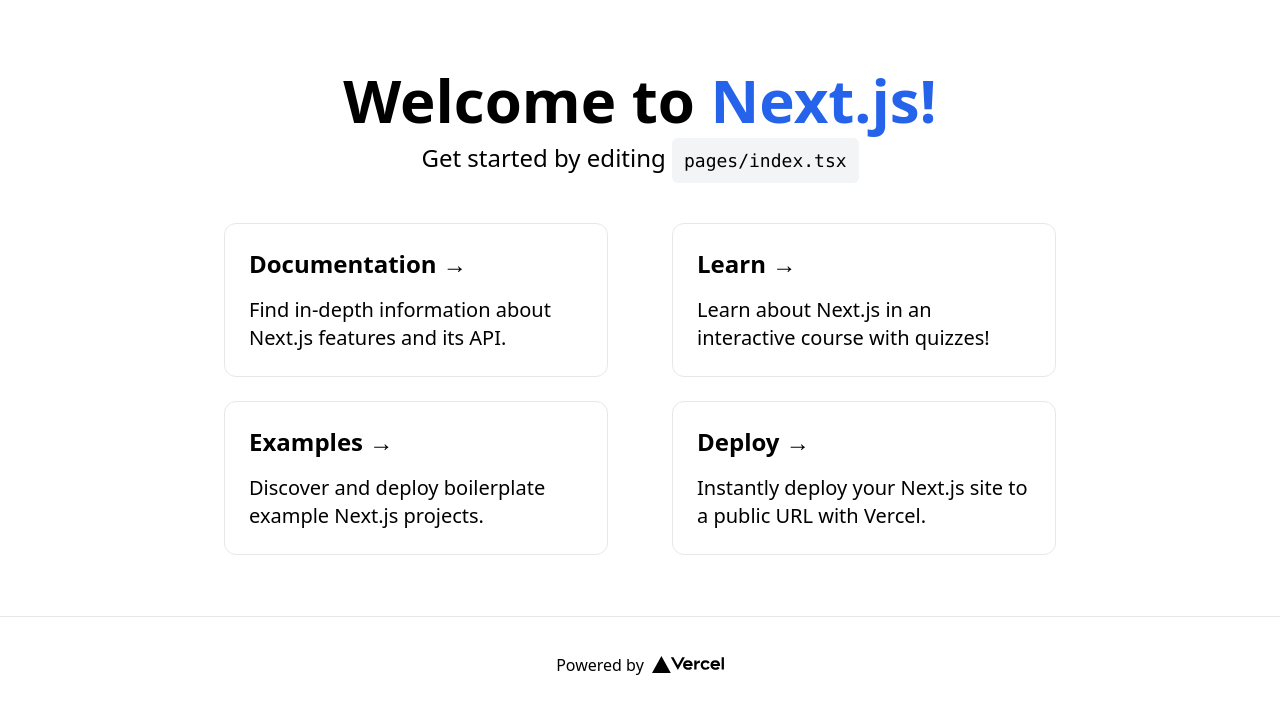
Repository: Josephdiaz99/NextBlogWithGraphCMS
Page: /
An editor plug-in stored every save of this project. The page is shown before and after the next save, followed by the edit.
The browser window is 1280 px wide. The pictures show the whole page.
The project was rebuilt for these pictures with package versions that can differ from the ones it lists, and the page was loaded fresh each time. The framework's server and built-in components were replaced by stand-ins that run in the browser. Also part of the build but not shown: next.config.js.

Above is the page before, as saved 2022-06-28 22:18:31.

After the next save:
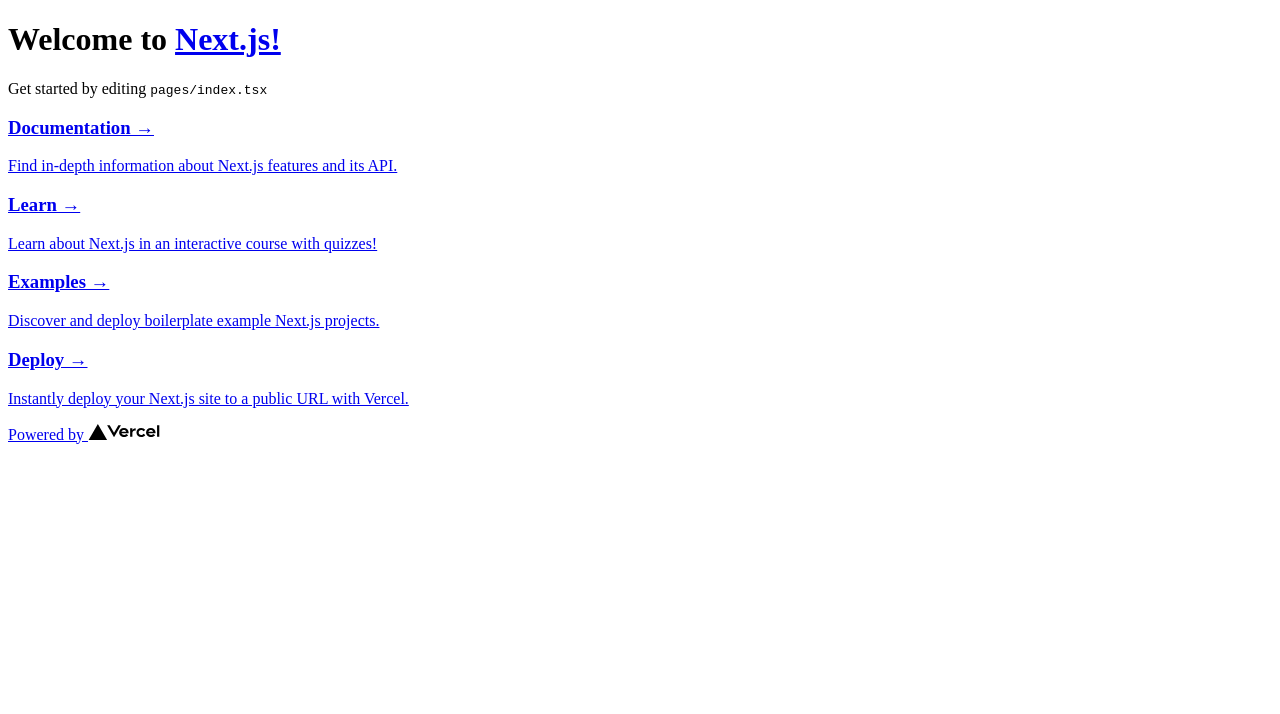
Saved 2 min 4 s later.
--- a/pages/_app.js
+++ b/pages/_app.js
@@ -1,5 +1,4 @@
-import '../styles/globals.css'
-import { AppProps } from 'next/app'
+import 'tailwindcss/tailwind.css'
 
 function MyApp({ Component, pageProps }, AppProps) {
   return <Component {...pageProps} />
